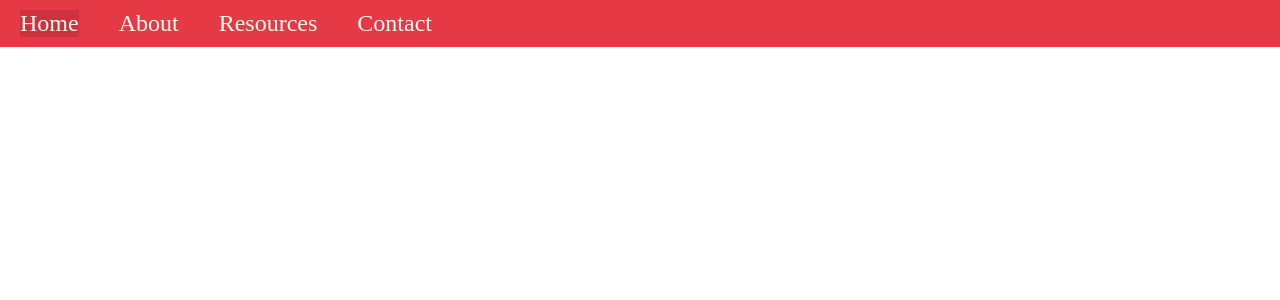
Repository: rdass1/COM421-FinalProject
Page: Website/index.html
The author's editor kept a copy of each file at every save. The page is drawn from the files as they stood at one save, then again after the next save.
The browser window is 1280 px wide. The pictures show the whole page.
The pointer rests on the first visible `#navbar a`.

Above is the page before, as saved 2021-05-11 22:57:04.

### Website/index.html
<!DOCTYPE html>
<html>
    <head>
        <meta charset="UTF-8">
        <meta name="description" content="Take It To the Streets is a non-profit organization that helps people find information on how to fight their tickets. ">
        <meta name="author" content="Group 2">
        <meta name="viewport" content="width=device-width, initial-scale=1.0">
        <link rel="stylesheet" type="text/css" href="css/index.css">
        <title>Take It To The Streets</title>
    </head>
    <body>
        <header>
            <div id = "navbar">
                <nav>
                    <ul>
                        <li><a href="#home">Home</a></li>
                        <li><a href="#about">About</a></li>
                        <li><a href="#resources">Resources</a></li>
                        <li><a href="#contact">Contact</a></li>
                    </ul>

                </nav>
            </div>
        </header>

    </body>
</html>

### Website/css/index.css
body{
    margin:0px;
}

header{
    background-color: #e63946;
    width: 100%;
    height: 6%;
    display: flex;
    justify-content: flex-start;
    margin: 0px;
    padding: 0px;

}

#navbar nav{
    display: flex;


}

#navbar ul{
    margin: 0px;
    padding: 0px;
    overflow: hidden;
    list-style: none;
}

#navbar li{
    margin: 0px;
    padding: 10px 20px 10px 20px;
    font-size: 1.5rem;
    float:left;

}

#navbar a{
    display: block;
    color: #f1faee;
    text-decoration: none;
}

#navbar a:hover{
    background-color: #cf323f;
}

After the next save:
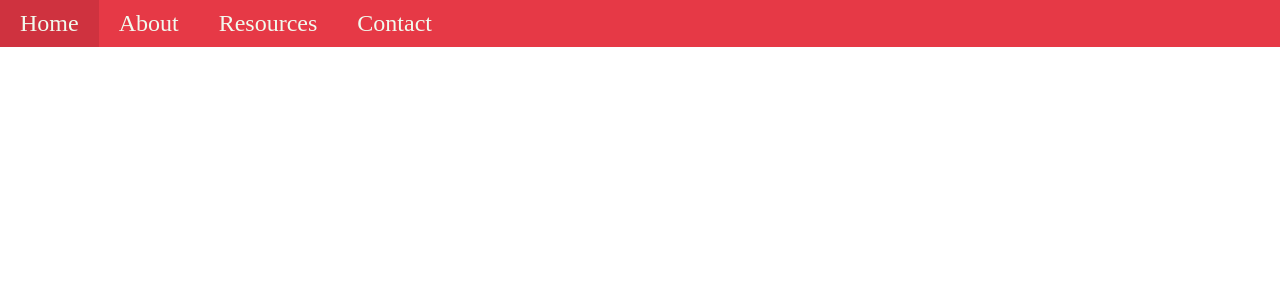
Saved 14 s later.
--- a/Website/css/index.css
+++ b/Website/css/index.css
@@ -40,6 +40,6 @@ header{
     text-decoration: none;
 }
 
-#navbar a:hover{
+#navbar li:hover{
     background-color: #cf323f;
 }
